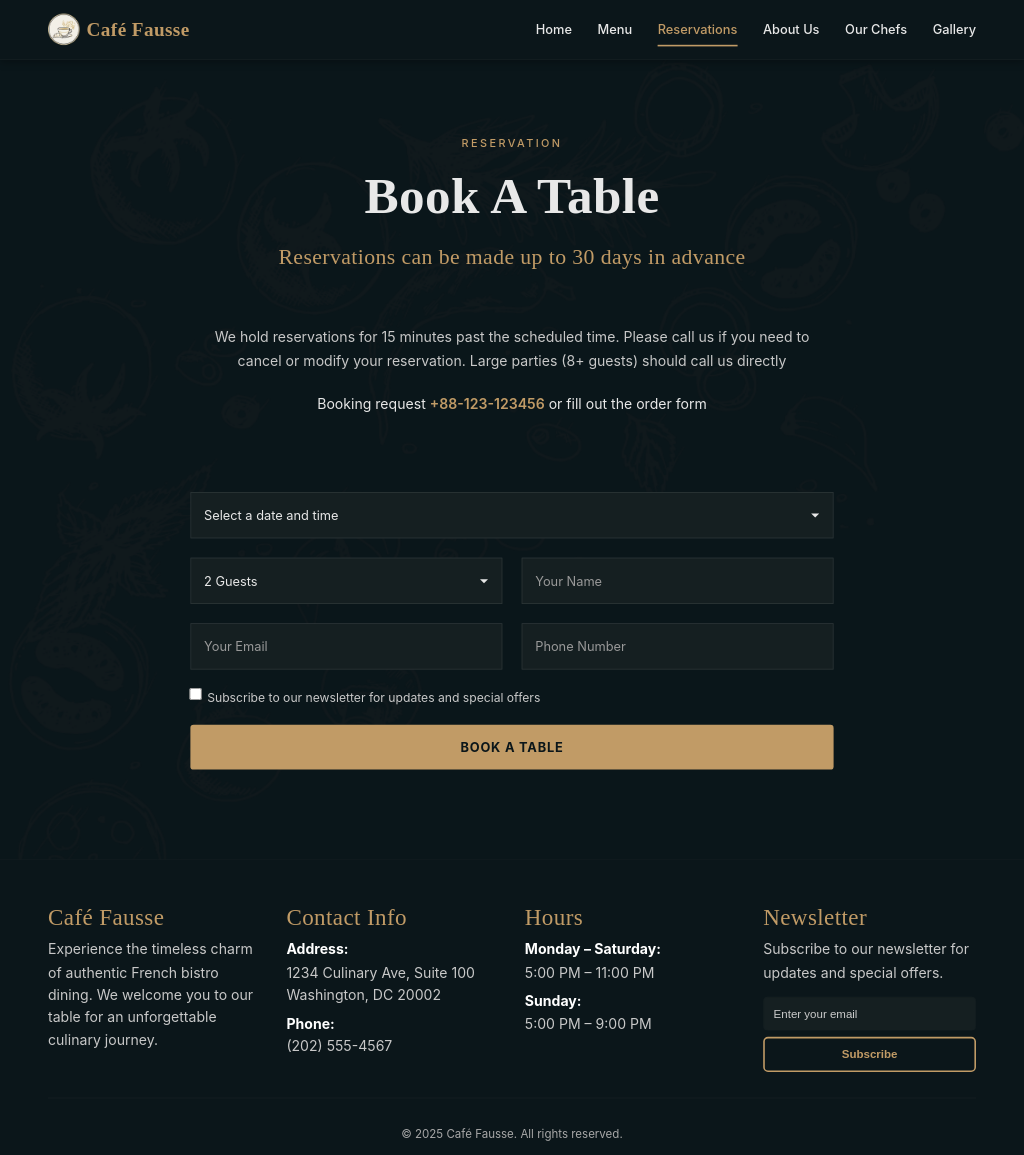
Repository: MatVanDenArt/MSSE-Cafe-Fausse
Page: /reservations (app in frontend/)
These files come from the project's save history. The page is drawn as it stood at one moment and after the next save; the edit follows.
The browser window is 1280 px wide. The pictures show the whole page, at 80% of full size.
Backgrounds fixed to the window are drawn as part of the page. The project was rebuilt for these pictures with package versions that can differ from the ones it lists, and the page was loaded fresh each time. Also part of the build but not shown: frontend/src/pages/Home.css, frontend/src/pages/Home.js, frontend/src/pages/Menu.css, frontend/src/pages/Menu.js, frontend/src/pages/About.css, frontend/src/pages/About.js, frontend/src/pages/Gallery.css, frontend/src/pages/Gallery.js.

Above is the page before, as saved 2025-11-05 16:08:27.

After the next save:
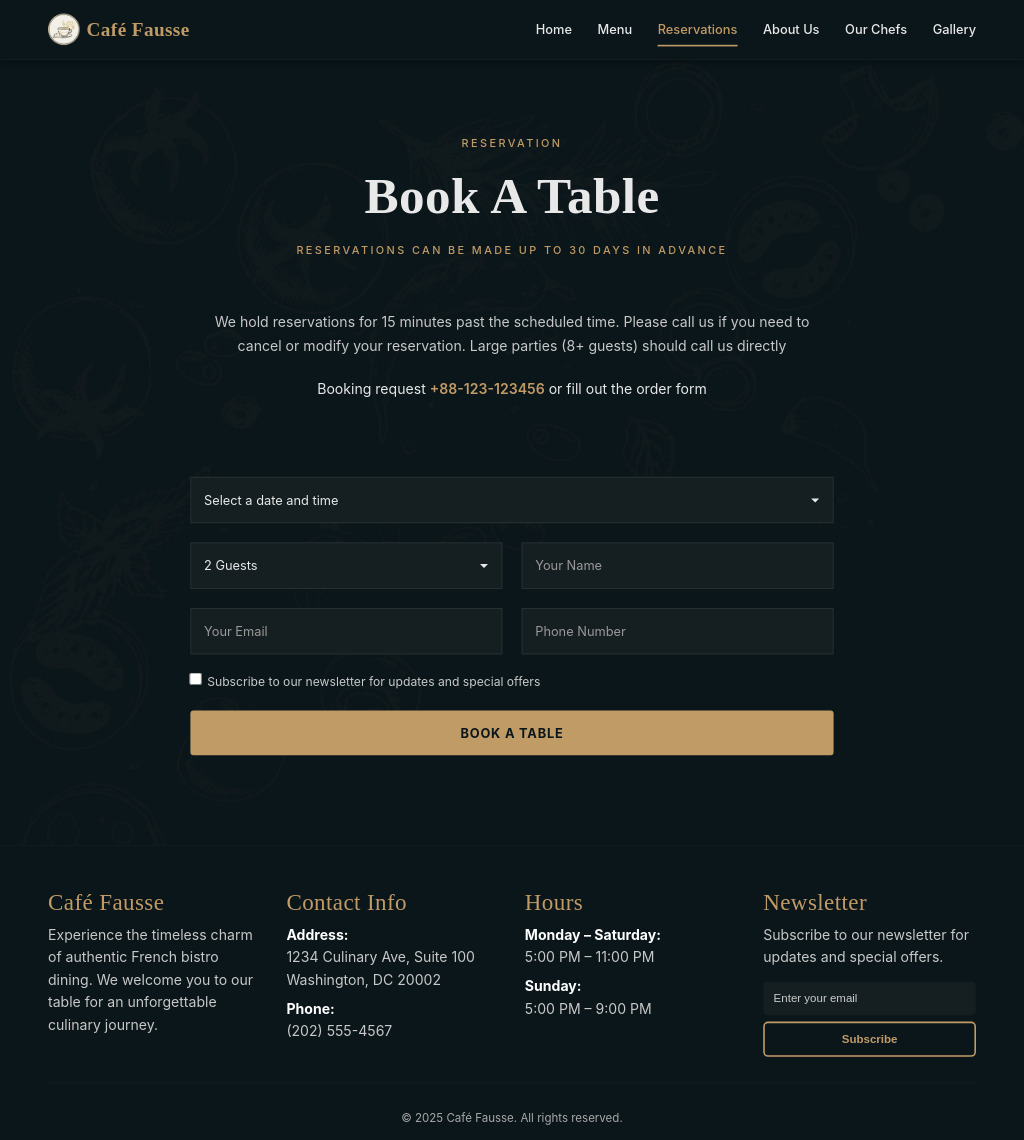
Saved 3 min 40 s later.
--- a/frontend/src/pages/Reservations.js
+++ b/frontend/src/pages/Reservations.js
@@ -134,7 +134,7 @@ const Reservations = () => {
           <div className="section-title">
             <p>reservation</p>
             <h1>Book A Table</h1>
-            <h2>Reservations can be made up to 30 days in advance</h2>
+            <p className="reservation-subtitle-text">Reservations can be made up to 30 days in advance</p>
           </div>
           <p className="reservation-description">
             We hold reservations for 15 minutes past the scheduled time. Please
